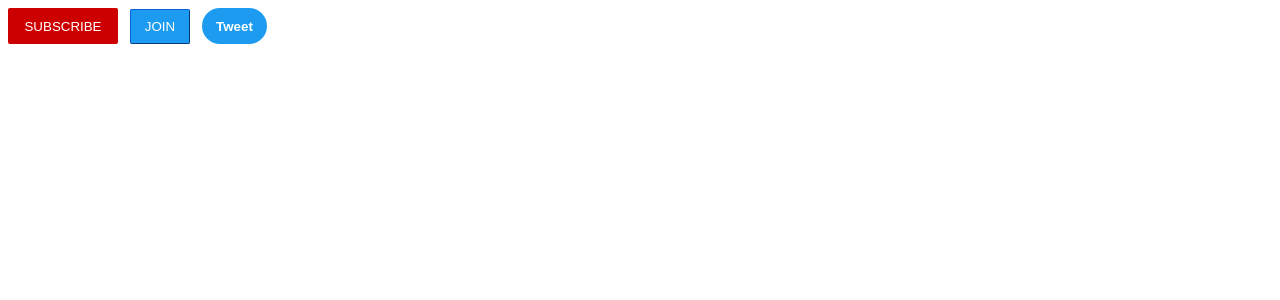
Repository: Kurumilli/Youtube
Page: buttons.html
The author's editor kept a copy of each file at every save. The page is drawn from the files as they stood at one save, then again after the next save.
The browser window is 1280 px wide. The pictures show the whole page.
The pointer rests on the first visible `.join`.

Above is the page before, as saved 2025-01-24 21:00:54.

After the next save:
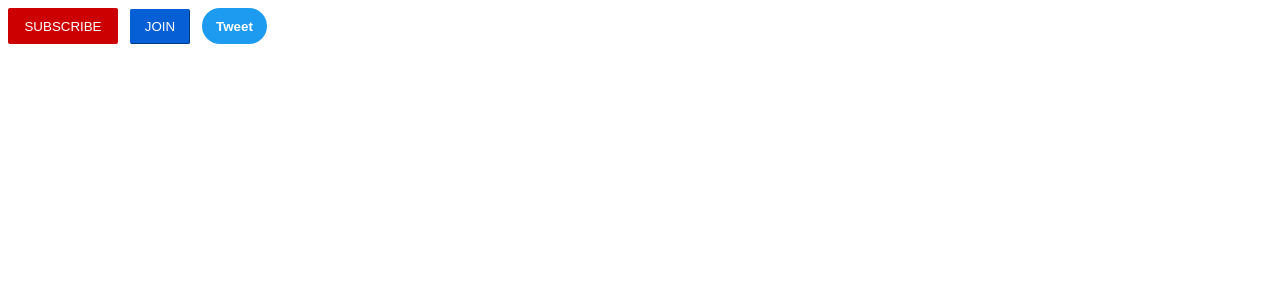
Saved 27 s later.
--- a/buttons.html
+++ b/buttons.html
@@ -32,7 +32,7 @@ margin-left: 8px;
 }
 
     .join:hover{
-        background-color:rgb(29, 155, 240) ;
+        background-color:rgb(6, 95, 212) ;
         color: white;
     }
 
